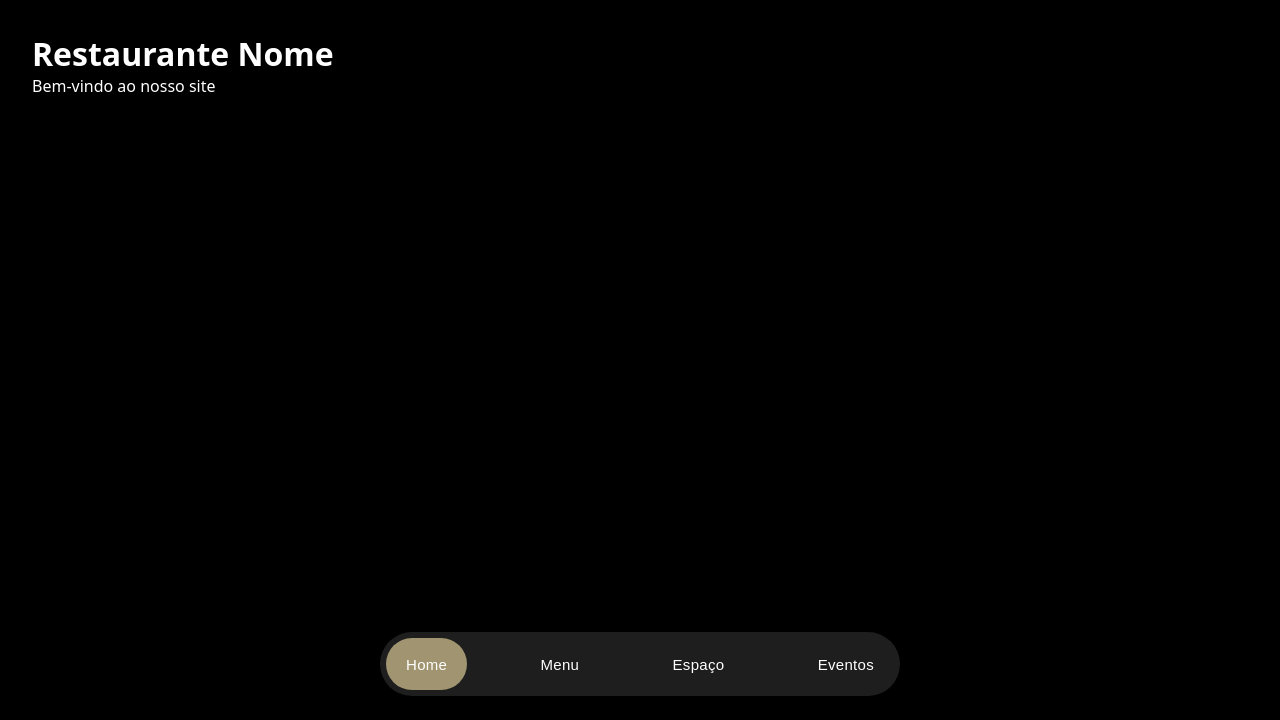
Repository: Fr4nc021/manzo
Page: /
An editor plug-in stored every save of this project. The page is shown before and after the next save, followed by the edit.
The browser window is 1280 px wide. The pictures show the whole page.
The project was rebuilt for these pictures with package versions that can differ from the ones it lists, and the page was loaded fresh each time. Also part of the build but not shown: vite.config.ts.

Above is the page before, as saved 2026-01-21 11:13:00.

### index.html
<!doctype html>
<html lang="en">
  <head>
    <meta charset="UTF-8" />
    <link rel="icon" type="image/svg+xml" href="/vite.svg" />
    <meta name="viewport" content="width=device-width, initial-scale=1.0" />
    <title>Landing Page Manzo</title>
  </head>
  <body>
    <div id="root"></div>
    <script type="module" src="/src/main.jsx"></script>
  </body>
</html>

### src/main.jsx
import React from 'react'
import ReactDOM from 'react-dom/client'
import App from './App'
import './styles/global.css'

ReactDOM.createRoot(document.getElementById('root')).render(
  <React.StrictMode>
    <App />
  </React.StrictMode>
)

### src/App.jsx
import Home from './pages/Home'

export default function App() {
  return <Home />
}

### src/styles/global.css
* {
  margin: 0;
  padding: 0;
  box-sizing: border-box;
}

body {
  font-family: system-ui, -apple-system, BlinkMacSystemFont, 'Segoe UI', sans-serif;
  background-color: #000000; /* preto*/
  color: #ffffff;
}

### src/pages/Home.jsx
import BottomNav from "../components/BottomNav";

export default function Home() {
  return (
    <>
    <main style={{ minHeight: '100vh', padding: '2rem' }}>
      <h1>Restaurante Nome</h1>
      <p>Bem-vindo ao nosso site</p>
    </main>

    <BottomNav />
    </>
  )
}

### src/components/BottomNav.jsx
import { useState, useRef, useEffect } from 'react'
import '../styles/bottomNav.css'

const sections = ['Home', 'Menu', 'Espaço', 'Eventos']

export default function BottomNav() {
  const [active, setActive] = useState(0)
  const indicatorRef = useRef(null)
  const buttonsRef = useRef([])

  useEffect(() => {
    const currentBtn = buttonsRef.current[active]
    if (!currentBtn || !indicatorRef.current) return

    indicatorRef.current.style.width = `${currentBtn.offsetWidth}px`
    indicatorRef.current.style.transform = `translateX(${currentBtn.offsetLeft}px)`
  }, [active])

  return (
    <nav className="bottom-nav">
      <div ref={indicatorRef} className="active-indicator" />

      {sections.map((section, index) => (
        <button
          key={section}
          ref={(el) => (buttonsRef.current[index] = el)}
          className="nav-item"
          onClick={() => setActive(index)}
        >
          {section}
        </button>
      ))}
    </nav>
  )
}

### src/styles/bottomNav.css
.bottom-nav {
    position: fixed;
    bottom: 24px;
    left: 50%;
    transform: translateX(-50%);
    width: 90%;
    max-width: 520px;
    height: 64px;

    background: #1E1E1E;border-radius: 999px;

    display: flex;
    align-items: center;
    justify-content: space-between;

    padding: 6px;
    z-index: 100;
}

.nav-item {
  background: transparent;
  border: none;

  padding: 0 20px;

  height: 100%;
  display: flex;
  align-items: center;
  justify-content: center;

  color: #fff;
  font-size: 15px;
  font-weight: 500;
  letter-spacing: 0.3px;

  cursor: pointer;
  z-index: 2;
}

.nav-item.active {
  color: #ffffff;
}

.active-indicator {
  position: absolute;
  top: 6px;
  left: 0;

  height: calc(100% - 12px);
  background: #A09570;
  border-radius: 999px;

  transition: transform 0.3s ease, width 0.3s ease;
  z-index: 1;
}

After the next save:
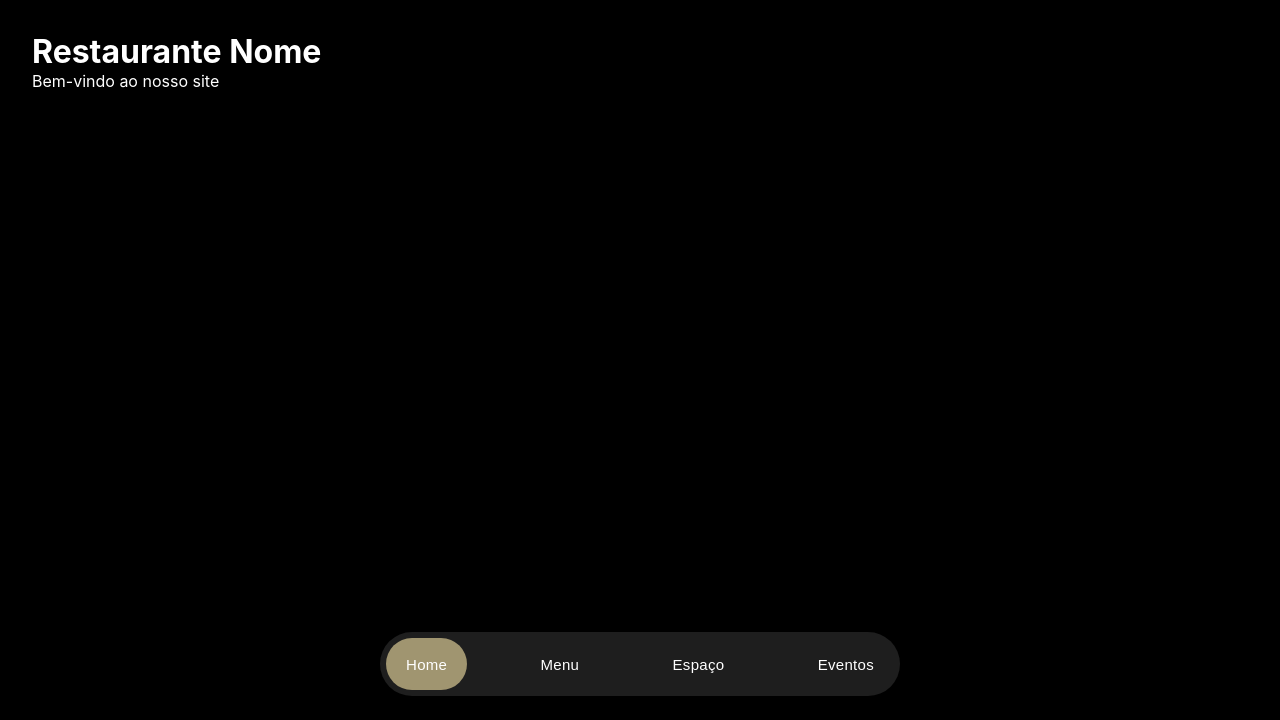
Saved 8 min 6 s later.
--- a/src/styles/global.css
+++ b/src/styles/global.css
@@ -5,7 +5,7 @@
 }
 
 body {
-  font-family: system-ui, -apple-system, BlinkMacSystemFont, 'Segoe UI', sans-serif;
+  font-family: poppins, -apple-system, BlinkMacSystemFont, 'Segoe UI', sans-serif;
   background-color: #000000; /* preto*/
   color: #ffffff;
 }
